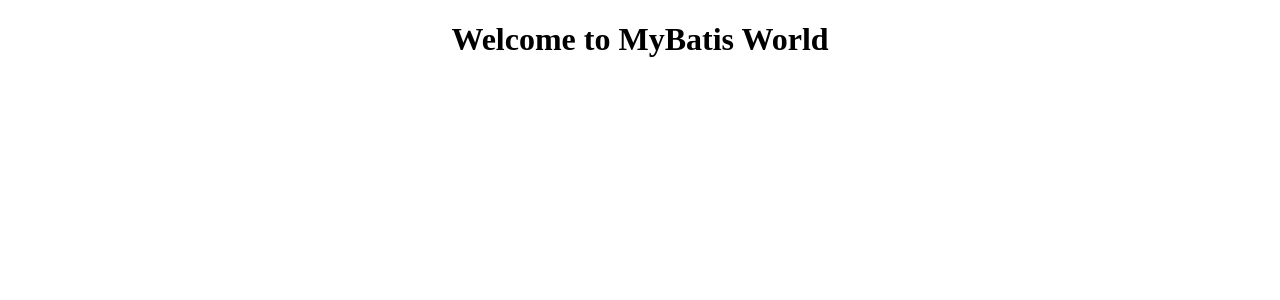
Repository: kimalbab/07_mybatis
Page: http://localhost/mybatisProject/
These files come from the project's save history. The page is drawn as it stood at one moment and after the next save; the edit follows.
The browser window is 1280 px wide. The pictures show the whole page.
The page is served by Tomcat 9. Other server files are loaded and not shown.

Above is the page before, as saved 2022-08-12 05:33:56.

### mybatisProject/src/main/webapp/index.jsp
<%@ page language="java" contentType="text/html; charset=UTF-8"
    pageEncoding="UTF-8"%>
<%@ taglib prefix="c" uri="http://java.sun.com/jsp/jstl/core"  %>
<!DOCTYPE html>
<html>
<head>
<meta charset="UTF-8">
<title>Insert title here</title>
</head>
<body>
	<h1>여기는 index.jsp임</h1>
	<jsp:forward page="WEB-INF/views/main.jsp"/>

</body>
</html>

### mybatisProject/src/main/webapp/WEB-INF/views/main.jsp
<%@ page language="java" contentType="text/html; charset=UTF-8"
    pageEncoding="UTF-8"%>
<%@ taglib prefix="c" uri="http://java.sun.com/jsp/jstl/core"  %>
<!DOCTYPE html>
<html>
<head>
<meta charset="UTF-8">
<title>Insert title here</title>
</head>
<body>
	<jsp:include page="common/menubar.jsp"/>

</body>
</html>

### mybatisProject/src/main/webapp/WEB-INF/views/common/menubar.jsp
<%@ page language="java" contentType="text/html; charset=UTF-8"
    pageEncoding="UTF-8"%>
<%@ taglib prefix="c" uri="http://java.sun.com/jsp/jstl/core"  %>
<!DOCTYPE html>
<html>
<head>
<meta charset="UTF-8">
<title>Insert title here</title>
</head>
<body>
	<h1 align="center">Welcome to MyBatis World</h1>
	<br>
	<div class="login-area" align="right">

		<c:choose>
			<c:when test="${ empty sessionScope.loginUser }">
			<!-- 로고인 전 -->
				<form action="" method="post">
					<table>
						<tr>
							<td></td>
							<td></td>
							<td></td>
						</tr>
						<tr>
							<td></td>
							<td></td>
							<td></td>
						</tr>
						<tr>
							<td></td>
							<td></td>
							<td></td>
						</tr>
					</table>
				</form>
			</c:when>
			<c:otherwise>
			<!-- 로고인 후 -->

			</c:otherwise>
		</c:choose>

	</div>
</body>
</html>

After the next save:
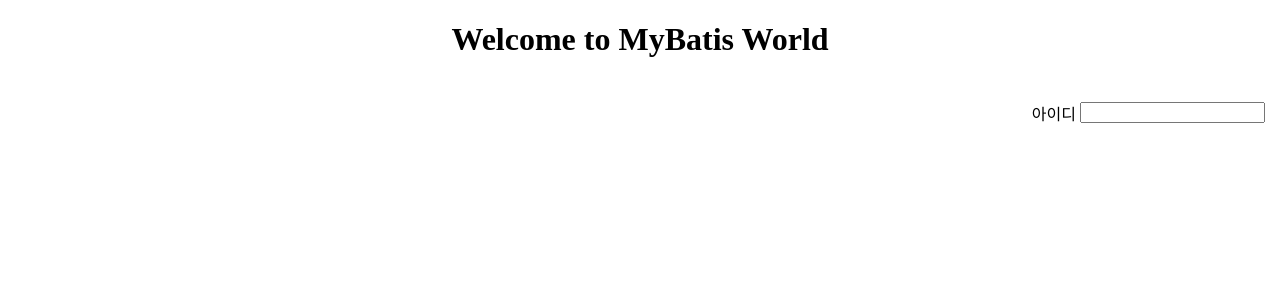
Saved 60 s later.
--- a/mybatisProject/src/main/webapp/WEB-INF/views/common/menubar.jsp
+++ b/mybatisProject/src/main/webapp/WEB-INF/views/common/menubar.jsp
@@ -18,8 +18,8 @@
 				<form action="" method="post">
 					<table>
 						<tr>
-							<td></td>
-							<td></td>
+							<td>아이디</td>
+							<td><input type="text" name="userId"></td>
 							<td></td>
 						</tr>
 						<tr>
